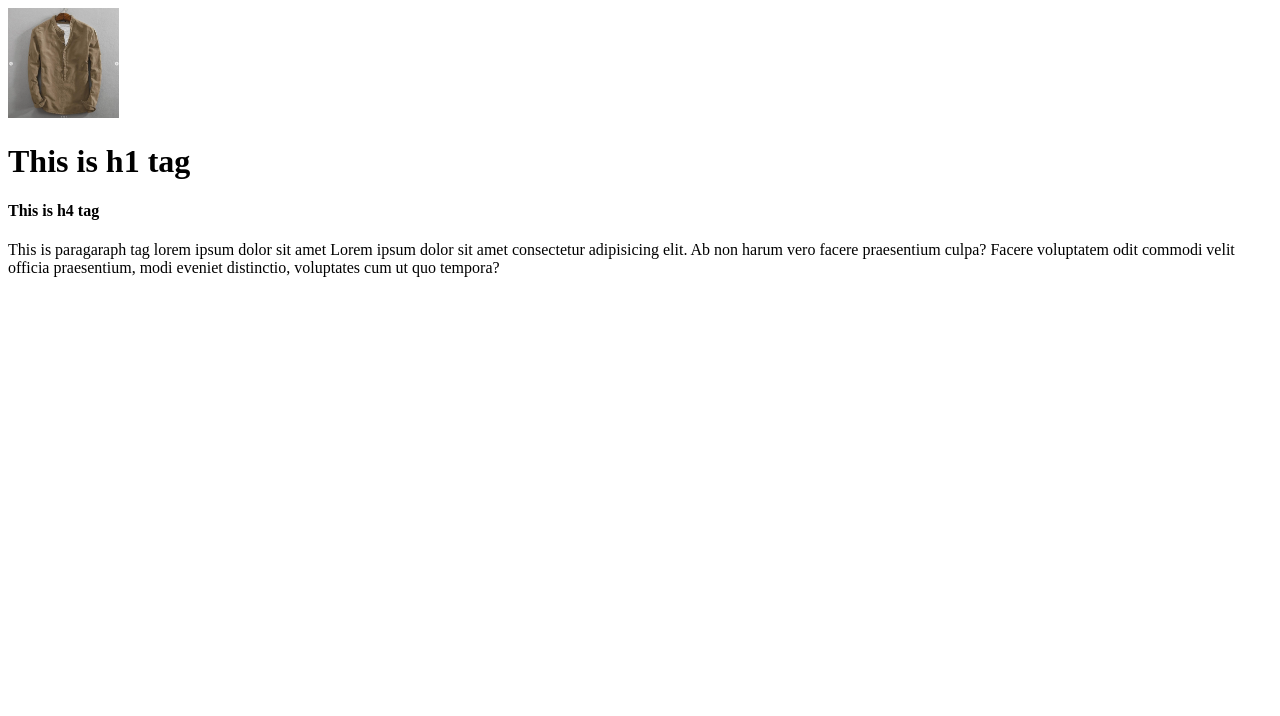
Repository: MushrrafKhan/code_by_heart
Page: index.html
An editor plug-in stored every save of this project. The page is shown before and after the next save, followed by the edit.
The browser window is 1280 px wide. The pictures show the whole page.

Above is the page before, as saved 2022-06-08 21:41:24.

### index.html
<!DOCTYPE html>
<html lang="en">
<head>
    <meta charset="UTF-8">
    <meta http-equiv="X-UA-Compatible" content="IE=edge">
    <meta name="viewport" content="width=device-width, initial-scale=1.0">
    <link rel="stylesheet" href="index.js">
    <script src="index.js"></script>
    <title>Document</title>
</head>
<body>
    <img src="img/brown.png" alt="Brown Shirt" width="" height="110px">
    <h1>This is h1 tag</h1>
    <h4>This is h4 tag</h4>
    <p>This is paragaraph tag lorem ipsum dolor sit amet Lorem ipsum dolor sit amet consectetur adipisicing elit. Ab non harum vero facere praesentium culpa? Facere voluptatem odit commodi velit officia praesentium, modi eveniet distinctio, voluptates cum ut quo tempora?</p>
</body>
</html>

Loaded but not shown: index.js (no copy from this time; the picture is the same without it)

After the next save:
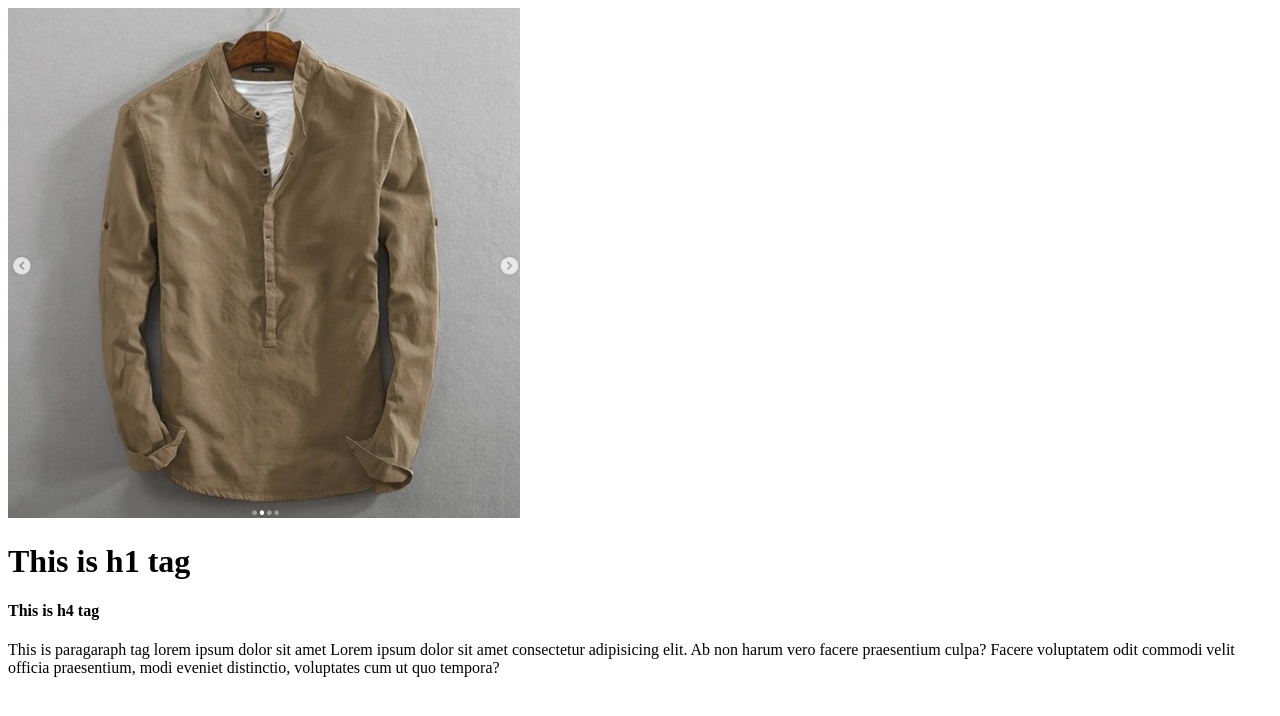
Saved 4 s later.
--- a/index.html
+++ b/index.html
@@ -9,7 +9,7 @@
     <title>Document</title>
 </head>
 <body>
-    <img src="img/brown.png" alt="Brown Shirt" width="" height="110px">
+    <img src="img/brown.png" alt="Brown Shirt" width="" height="510px">
     <h1>This is h1 tag</h1>
     <h4>This is h4 tag</h4>
     <p>This is paragaraph tag lorem ipsum dolor sit amet Lorem ipsum dolor sit amet consectetur adipisicing elit. Ab non harum vero facere praesentium culpa? Facere voluptatem odit commodi velit officia praesentium, modi eveniet distinctio, voluptates cum ut quo tempora?</p>
